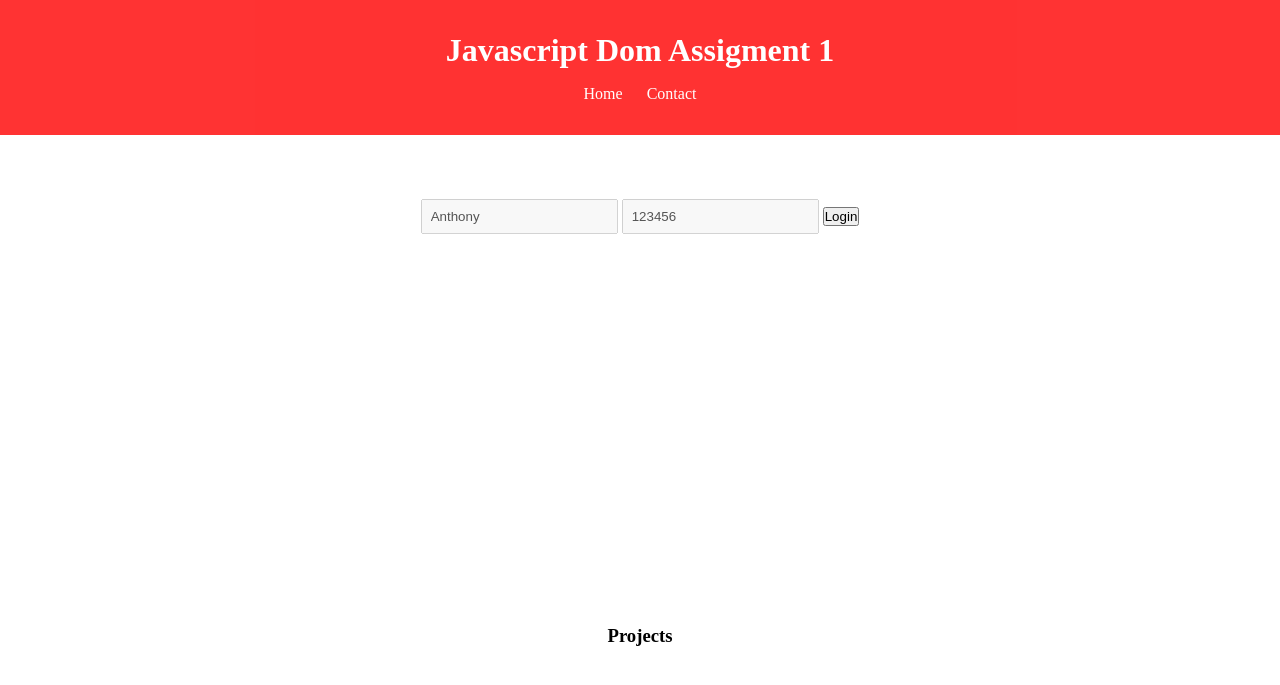
Repository: haakanerol/haakanerol
Page: Js.ass1/index.html
The author's editor kept a copy of each file at every save. The page is drawn from the files as they stood at one save, then again after a run of saves.
The browser window is 1280 px wide. The pictures show the whole page.

Above is the page before, as saved 2024-02-25 16:15:02.

### Js.ass1/index.html
<!DOCTYPE html>
<html lang="en">
<head>
    <meta charset="UTF-8">
    <meta name="viewport" content="width=device-width, initial-scale=1.0">
    <title>Document</title>
    <style>
        * {
            margin: 0;
            padding: 0;
            box-sizing: border-box;
        }
        main {
            display: flex;
            flex-direction: column;
            justify-content: space-between;
            align-items: center;
            height: 80vh;
            padding: 4rem;
        }
    </style>
</head>
<body>
    <header class="header">
        <h1 id="title">aaa</h1>
        <nav>
            <ul class="nav-item">
                <li id="home">Home</li>
                <li>Contact</li>
            </ul>
        </nav>
    </header>
    <main>
        <section>
            <input type="text" id="username">
            <input type="password" id="password">
            <button class="btn">Login</button>
        </section>
        <section id="projects">
            <h3>Projects</h3>
            <ul>
            </ul>
        </section>
    </main>
    <script src="app.js"></script>
</body>
</html>

### Js.ass1/app.js
newHeader = document.querySelector(".header")
newHeader.style.backgroundColor = "red"
newHeader.style.opacity = "0.8"
newHeader.style.color = "white"
newHeader.style.textAlign = "center"
newHeader.style.padding = "2rem"

newTitle = document.getElementById("title")
newTitle.textContent = "Javascript Dom Assigment 1"
newTitle.style.marginBottom = "1rem"

newNavItem = document.querySelector(".nav-item")
newNavItem.style.display = "flex"
newNavItem.style.justifyContent = "center"
newNavItem.style.gap = "1.5rem"
newNavItem.style.listStyle = "none"

newUsername = document.querySelector("#username")
newPassword = document.querySelector("#password")
newUsername.value = "Anthony"
newPassword.value = "123456"
newPassword.type = "number"
newUsername.disabled = "true"
newPassword.disabled = "true"
newUsername.style.padding = ".5rem"
newPassword.style.padding = ".5rem"

newBtn = document.querySelector(".btn")
newBtn.style.backgroundColor = "ligth-green"

After the next 2 saves:
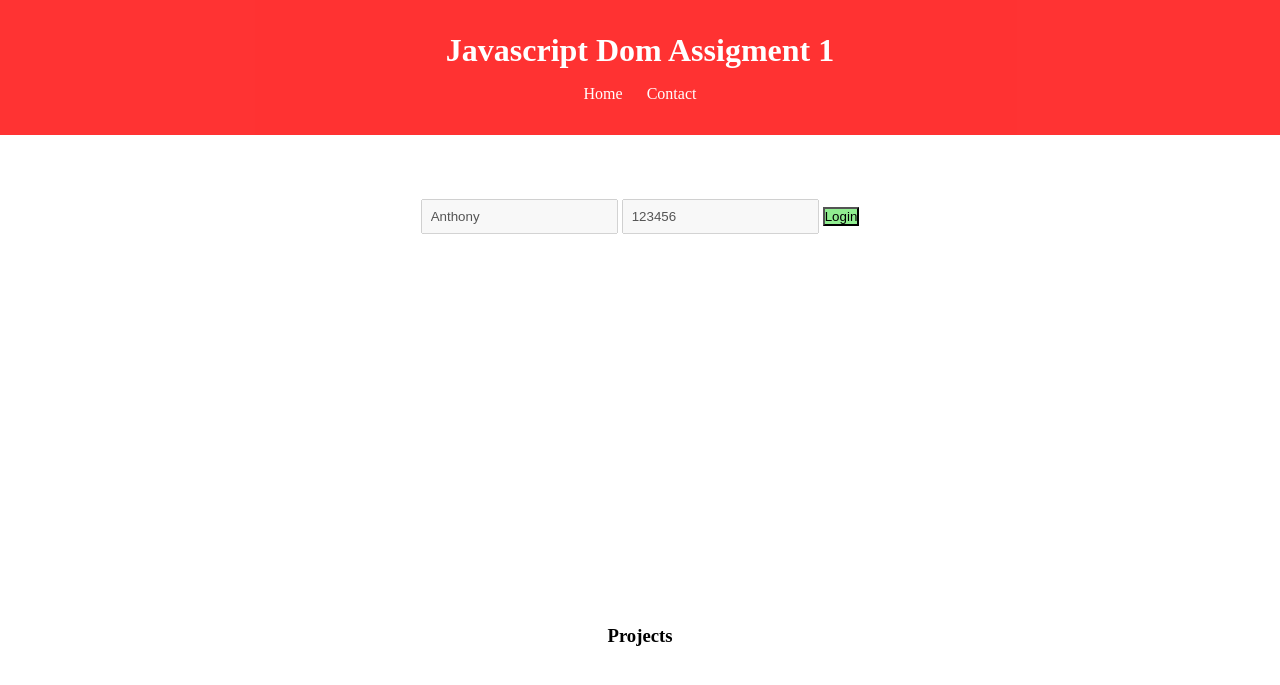
The 2 saves are shown as one change because they came seconds apart.
The last was saved 12 s later.
--- a/Js.ass1/app.js
+++ b/Js.ass1/app.js
@@ -26,4 +26,4 @@ newUsername.style.padding = ".5rem"
 newPassword.style.padding = ".5rem"
 
 newBtn = document.querySelector(".btn")
-newBtn.style.backgroundColor = "ligth-green"
+newBtn.style.backgroundColor = "lightgreen"
